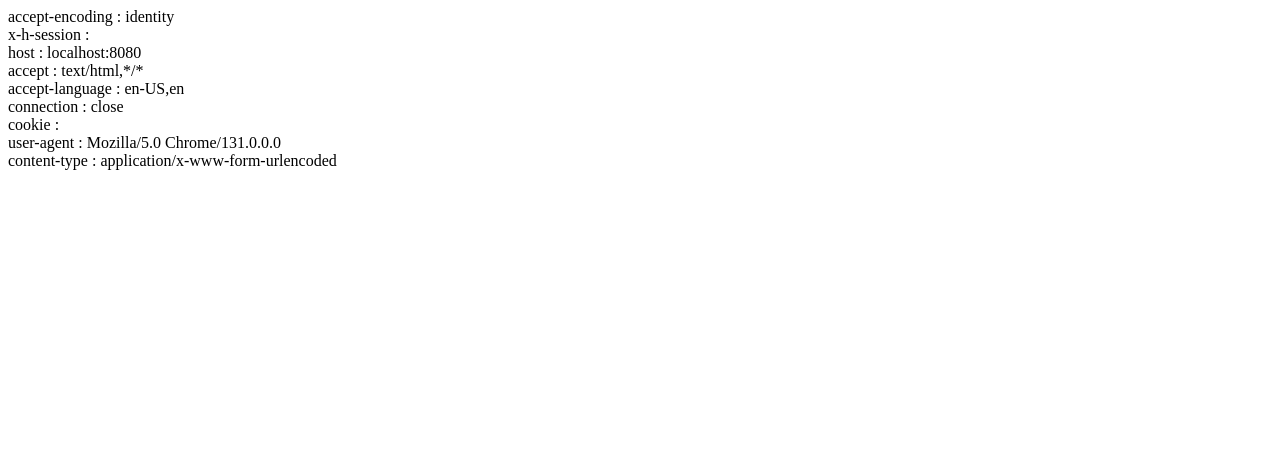
Repository: peanutBana/jsp_project
Page: http://localhost/JSPBook/ch05/request03.jsp
The author's editor kept a copy of each file at every save. The page is drawn from the files as they stood at one save, then again after the next save.
The browser window is 1280 px wide. The pictures show the whole page.
The page is served by Tomcat 9.

Above is the page before, as saved 2022-10-04 06:24:59.

After the next save:
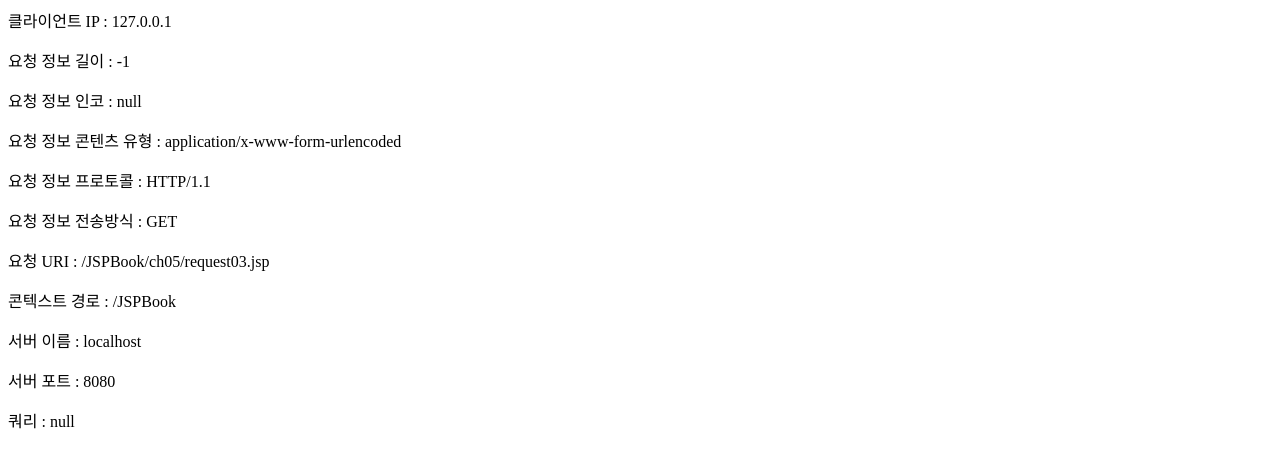
Saved 55 min 59 s later.
--- a/JSPBook/src/main/webapp/ch05/request03.jsp
+++ b/JSPBook/src/main/webapp/ch05/request03.jsp
@@ -1,19 +1,19 @@
 <%@ page language="java" contentType="text/html; charset=UTF-8"%>
-<%@ page import="java.util.Enumeration"  %>
 <html>
 <head>
 <title>Implicit Objects</title>
 </head>
 <body>
-	<%
-		Enumeration en = request.getHeaderNames();
-		while (en.hasMoreElements()){
-			String headerName = (String) en.nextElement();
-			String headerValue = request.getHeader(headerName);
-	%>
-	<%=headerName%> : <%=headerValue%> <br>
-	<%
-		}
-	%>
+	<p>클라이언트 IP : <%=request.getRemoteAddr() %></p>
+	<p>요청 정보 길이 : <%=request.getContentLength()  %></p>
+	<p>요청 정보 인코 : <%=request.getCharacterEncoding()  %></p>
+	<p>요청 정보 콘텐츠 유형 : <%=request.getContentType()  %></p>
+	<p>요청 정보 프로토콜 : <%=request.getProtocol()  %></p>
+	<p>요청 정보 전송방식 : <%=request.getMethod() %></p>
+	<p>요청 URI : <%=request.getRequestURI() %></p>
+	<p>콘텍스트 경로 : <%=request.getContextPath() %></p>
+	<p>서버 이름 : <%=request.getServerName() %></p>
+	<p>서버 포트 : <%=request.getServerPort() %></p>
+	<p>쿼리 : <%=request.getQueryString() %></p>
 </body>
 </html>
